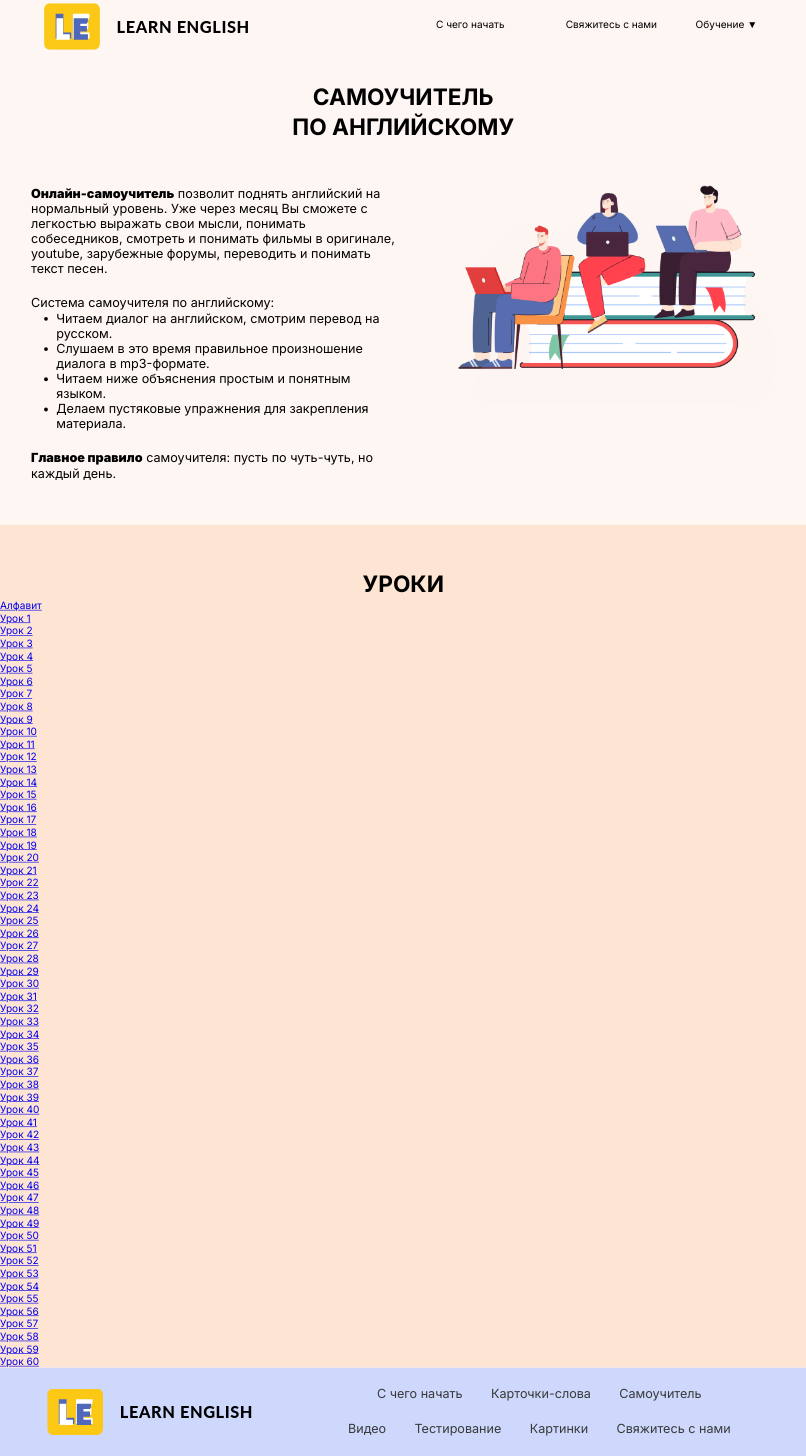
Repository: WladimirVA/Diplom
Page: scool/lesson.html
These files come from the project's save history. The page is drawn as it stood at one moment and after the next save; the edit follows.
The browser window is 1280 px wide. The pictures show the whole page, at 63% of full size.

Above is the page before, as saved 2023-07-19 16:59:53.

After the next save:
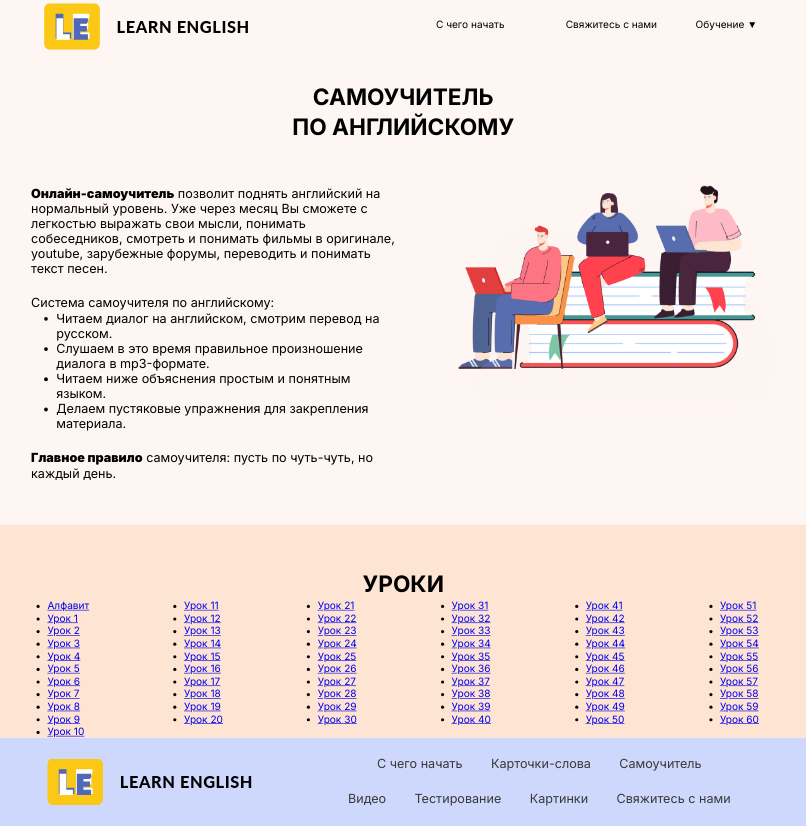
Saved 2 min 21 s later.
--- a/scool/css/lesson.css
+++ b/scool/css/lesson.css
@@ -72,3 +72,8 @@
     text-align: center;
     text-transform: uppercase;
 }
+
+.all-lesson {
+    display: flex;
+    justify-content: space-around;
+}
